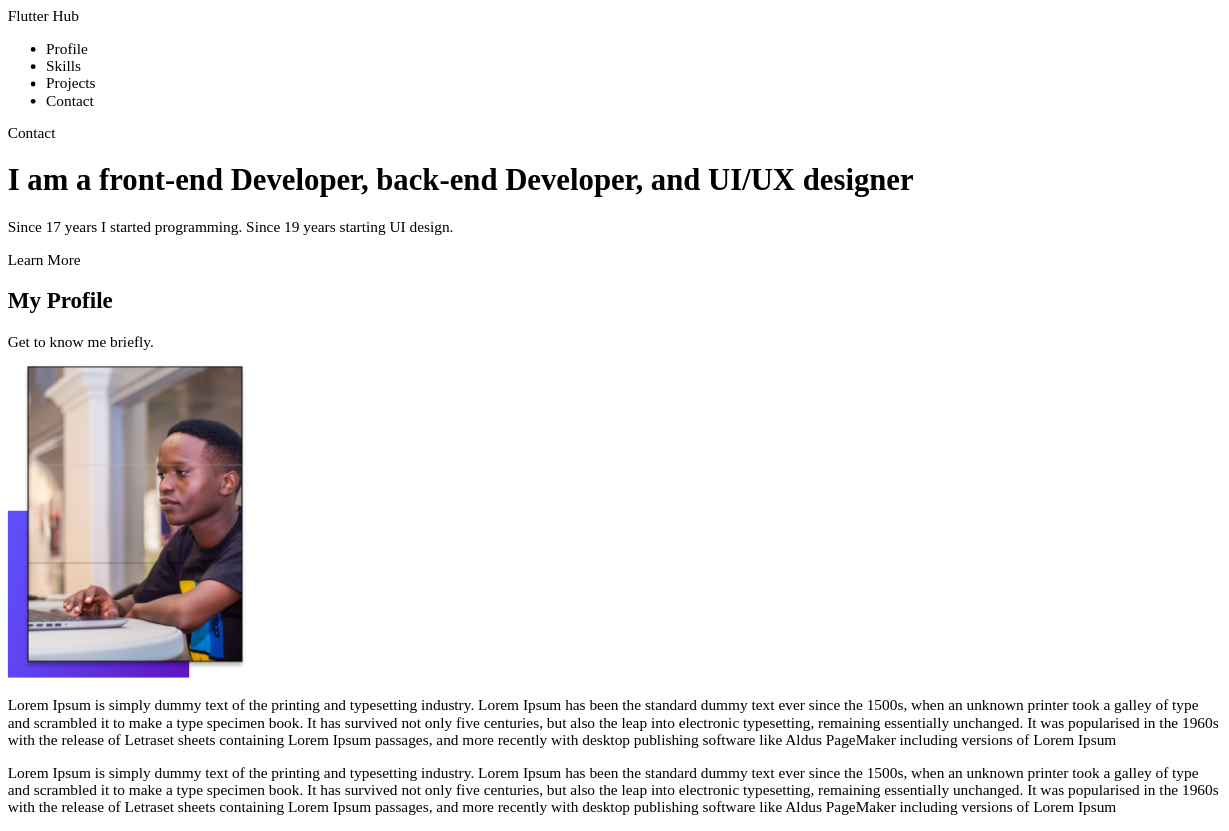
Repository: fhub-1/tutorial
Page: /
These files come from the project's save history. The page is drawn as it stood at one moment and after the next save; the edit follows.
The browser window is 1280 px wide. The pictures show the whole page, at 96% of full size.
The project was rebuilt for these pictures with package versions that can differ from the ones it lists, and the page was loaded fresh each time. The framework's server and built-in components were replaced by stand-ins that run in the browser. Also part of the build but not shown: next.config.js.

Above is the page before, as saved 2021-06-22 14:46:42.

### pages/_app.js
//adding tailwindcss file
import "tailwindcss/tailwind.css"
import Head from "next/head"


function MyApp({ Component, pageProps }) {
  return (
    //monday adding same files and google fonts
    <>
      <Head>
       <link rel="preconnect" href="https://fonts.gstatic.com" />
       <link href="https://fonts.googleapis.com/css2?family=IBM+Plex+Serif:ital,wght@0,300;0,400;0,500;0,600;0,700;1,300;1,400;1,500;1,600;1,700&display=swap" rel="stylesheet" />
       <link href="https://fonts.googleapis.com/css2?family=IBM+Plex+Serif:ital,wght@0,300;0,400;0,500;0,600;0,700;1,300;1,400;1,500;1,600;1,700&family=Source+Code+Pro:ital,wght@0,400;0,500;0,600;0,700;1,400;1,500;1,600&display=swap" rel="stylesheet"  />
      </Head>
      <Component {...pageProps} />
      </>
  );
}

export default MyApp;

### pages/index.js
import Nav from "../components/Nav"
import Logo from "../components/Logo"
import Button from "../components/Button"
import Image from 'next/image'
import Pro from  '../public/Pro1.png'


export default function Home() {

  return (
    <>
      {/* starting on the hero section */}
      {/* working on the hero background on the hero section */}
      <div className="bg-hero  h-[700px] bg-repeat-round">
        <div className="container mx-auto">
          <div className="flex  items-center py-10">
            <div className="w-3/12 ">
              {/* bring logo from logo js */}
              <Logo />
            </div>
            <div className="w-6/12">
              {/* create new file nav js copy the code */}
              <Nav />
            </div>
            <div className="w-3/12 text-right">
              <Button variant="outline-b  lue">Contact</Button>
            </div>
            </div>
          <div className="text-center mt-18">
            <h1 className=" text-3xl  text-white font-semibold font-mono w-5/12 mx-auto leading-relaxed">
            I am a front-end Developer, back-end Developer, and  UI/UX designer
            </h1>
            <p className="text-white text-opacity-60 text-lg mt-6 mx-auto w-4/12 leading-relaxed">Since 17 years I started programming. Since 19 years starting UI design.</p>
            <Button variant="yellow" className="mt-10 text-center">Learn More</Button>
          </div>
          </div>
      </div>
      {/* end of the hero */}

      {/* profile section */}
      <section className="py-28">
        <div className="containeter mx-auto">
          <h2 className="text-2xl font-semi font-mono text-center font-bold">My Profile</h2>
          <p className="text-center text-gray-400 text-lg mt-2">Get to know me briefly.</p>
          <div className="flex">
            <div className="w-4/12">
              <Image src={Pro} alt="profile image" className="w-full"/>
            </div>
            <div className="w-8/12">
              <p className="text-lg">Lorem Ipsum is simply dummy text of the printing and typesetting industry. Lorem Ipsum has been the  standard dummy text ever since the 1500s, when an unknown printer took a galley of type and scrambled it to make a type specimen book. It has survived not only five centuries, but also the leap into electronic typesetting, remaining essentially unchanged. It was popularised in the 1960s with the release of Letraset sheets containing Lorem Ipsum passages, and more recently with desktop publishing software like Aldus PageMaker including versions of Lorem Ipsum</p>
              <p className="text-lg">Lorem Ipsum is simply dummy text of the printing and typesetting industry. Lorem Ipsum has been the  standard dummy text ever since the 1500s, when an unknown printer took a galley of type and scrambled it to make a type specimen book. It has survived not only five centuries, but also the leap into electronic typesetting, remaining essentially unchanged. It was popularised in the 1960s with the release of Letraset sheets containing Lorem Ipsum passages, and more recently with desktop publishing software like Aldus PageMaker including versions of Lorem Ipsum</p>
            </div>
          </div>
        </div>
      </section>
      {/* end of profile section */}
    </>

  )
}

### components/Nav.js
import NavItems from "./NavItems"
export default function Nav() {
    return (
        <ul className="flex  justify-center space-x-10  py-20">
                {/* creating deffernts file form naveitems */}
                <NavItems >Profile</NavItems>
                <NavItems >Skills</NavItems>
                <NavItems >Projects</NavItems>
                <NavItems >Contact </NavItems>
                {/* end of top navbar */}
              </ul>
    )
}

### components/Logo.js
export default function Logo() {
    return (
        <div className="text-white uppercase text-2xl font-semibold tracking-widest">
         Flutter Hub
        </div>
    )
}

### components/Button.js
export default function Button({ className,variant, children }) {
    const addClassName = className ? `${className}` : "";

    const variants = {
        "outline-yellow": `border border-yellow text-yellow-500`,
        "yellow": "bg-yellow-500 text-black"
    };

    const pickedVariant = variants[variant];

    return (
        <a className={`border  text-yellow-100 border-yellow-500  py-3 px-10  text-lg font-semibold rounded-full inline-block ${pickedVariant}${addClassName}`}>
            {children}
        </a>
    );
}

### components/NavItems.js
export default function NavItems({children}) {
    return (
        <li><a className="text-white  text-lg  text-opacity-60  font-semibold">{children}</a></li>

    )
}

After the next save:
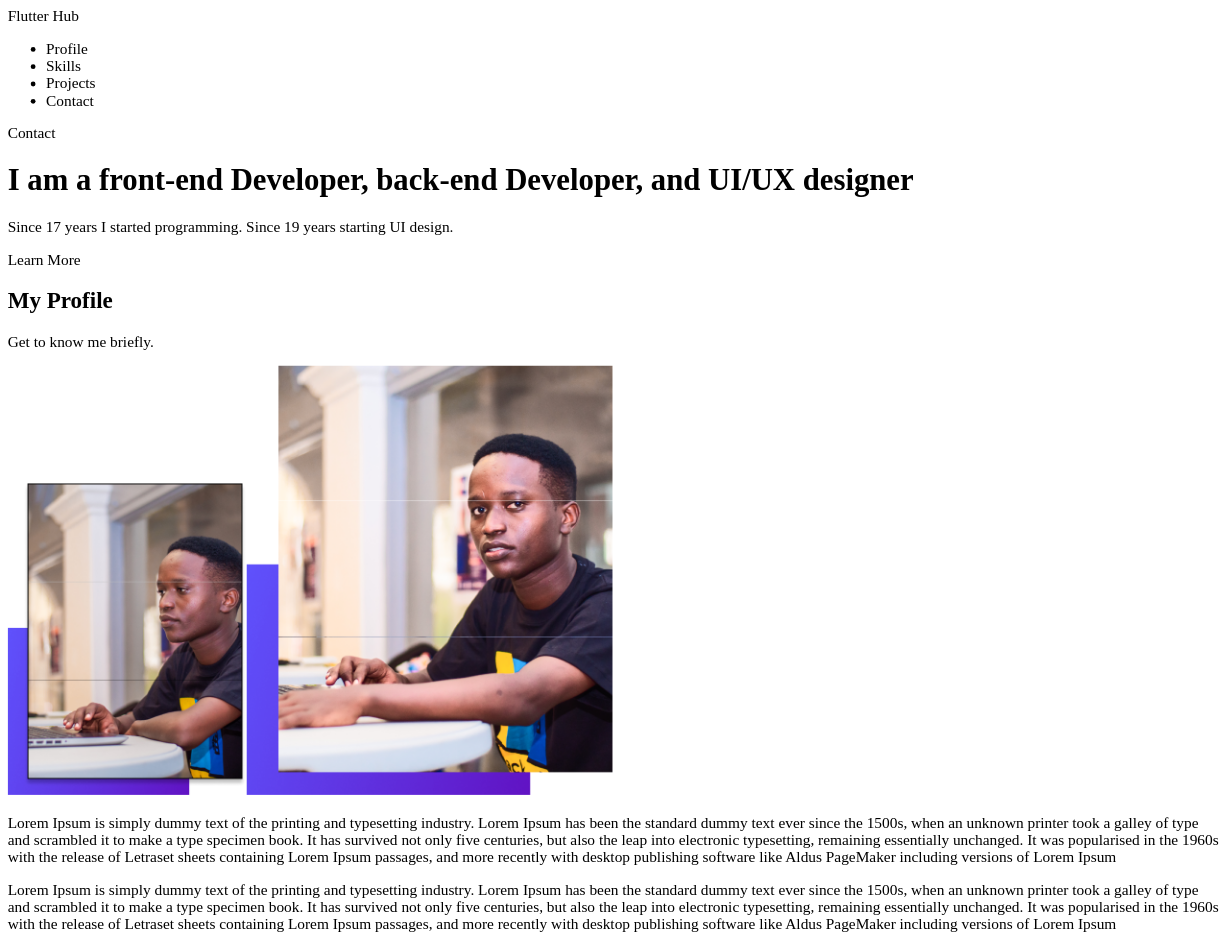
Saved 47 s later.
--- a/pages/index.js
+++ b/pages/index.js
@@ -45,6 +45,7 @@
           <div className="flex">
             <div className="w-4/12">
               <Image src={Pro} alt="profile image" className="w-full"/>
+               <img src='/pro.png' />
             </div>
             <div className="w-8/12">
               <p className="text-lg">Lorem Ipsum is simply dummy text of the printing and typesetting industry. Lorem Ipsum has been the  standard dummy text ever since the 1500s, when an unknown printer took a galley of type and scrambled it to make a type specimen book. It has survived not only five centuries, but also the leap into electronic typesetting, remaining essentially unchanged. It was popularised in the 1960s with the release of Letraset sheets containing Lorem Ipsum passages, and more recently with desktop publishing software like Aldus PageMaker including versions of Lorem Ipsum</p>

After the 2 saves that followed:
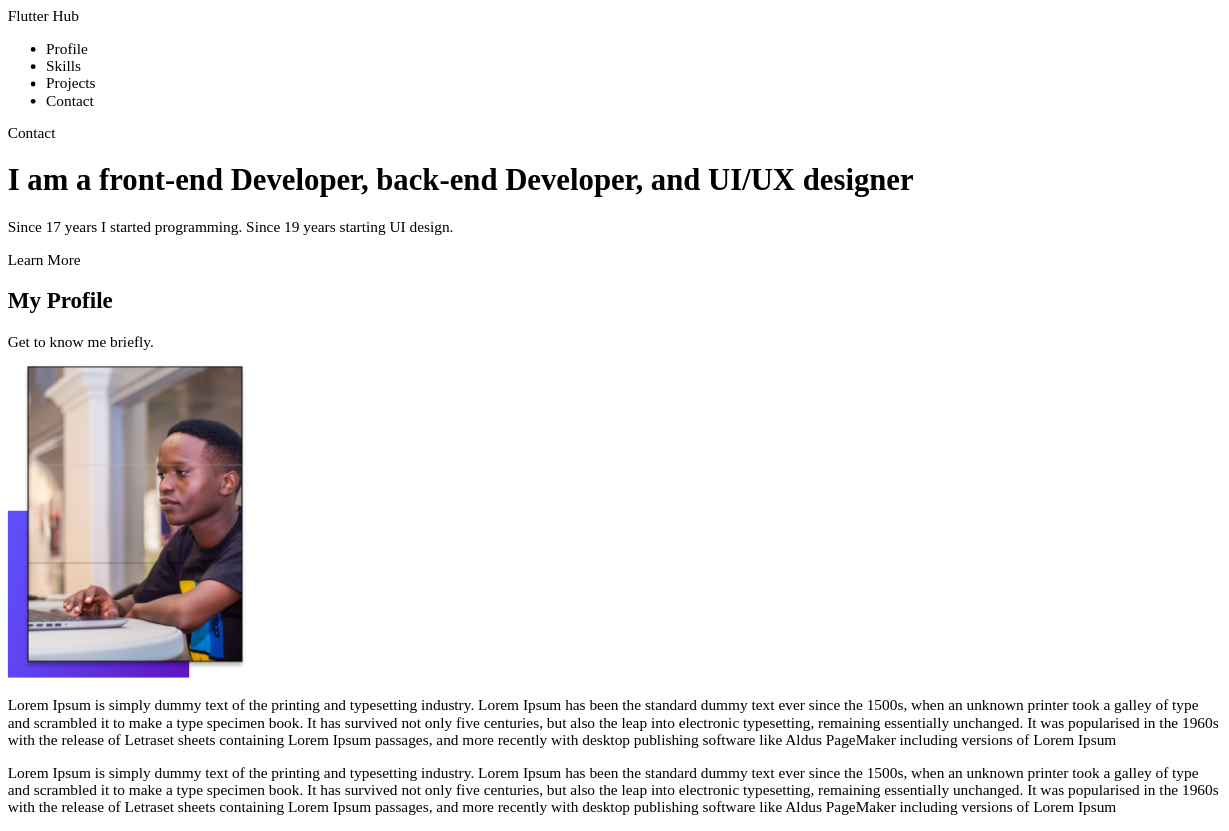
The 2 saves are shown as one change because 1 did not build or start.
The last was saved 102 s later.
--- a/pages/index.js
+++ b/pages/index.js
@@ -45,7 +45,7 @@
           <div className="flex">
             <div className="w-4/12">
               <Image src={Pro} alt="profile image" className="w-full"/>
-               <img src='/pro.png' />
+
             </div>
             <div className="w-8/12">
               <p className="text-lg">Lorem Ipsum is simply dummy text of the printing and typesetting industry. Lorem Ipsum has been the  standard dummy text ever since the 1500s, when an unknown printer took a galley of type and scrambled it to make a type specimen book. It has survived not only five centuries, but also the leap into electronic typesetting, remaining essentially unchanged. It was popularised in the 1960s with the release of Letraset sheets containing Lorem Ipsum passages, and more recently with desktop publishing software like Aldus PageMaker including versions of Lorem Ipsum</p>
